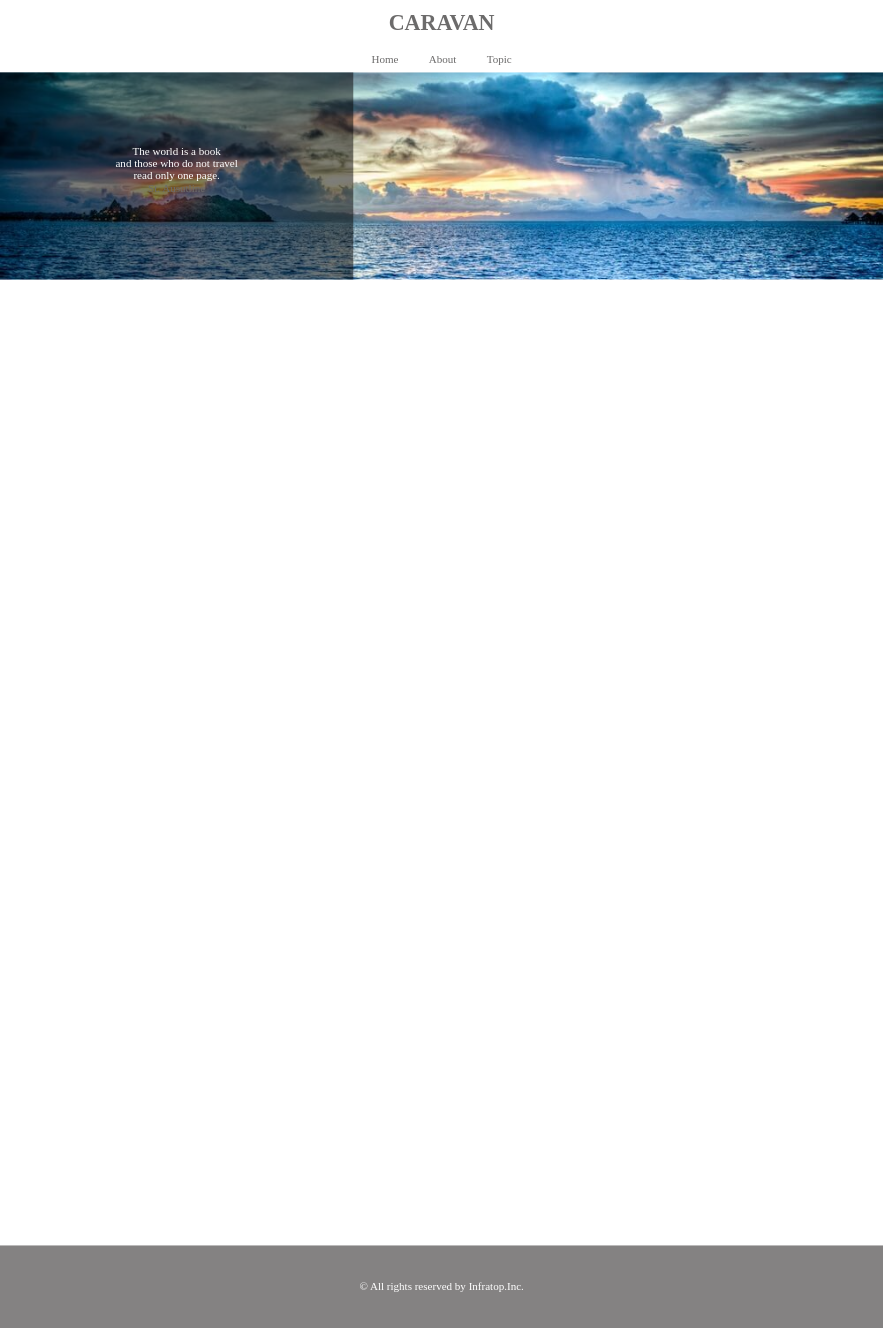
Repository: 44641/chapter9_exercise
Page: caravan/index.html
The author's editor kept a record of every edit. The page is drawn from the files as they stood at one moment, then again after the next edit.
The browser window is 1280 px wide. The pictures show the whole page, at 69% of full size.

Above is the page before.

After the next edit:
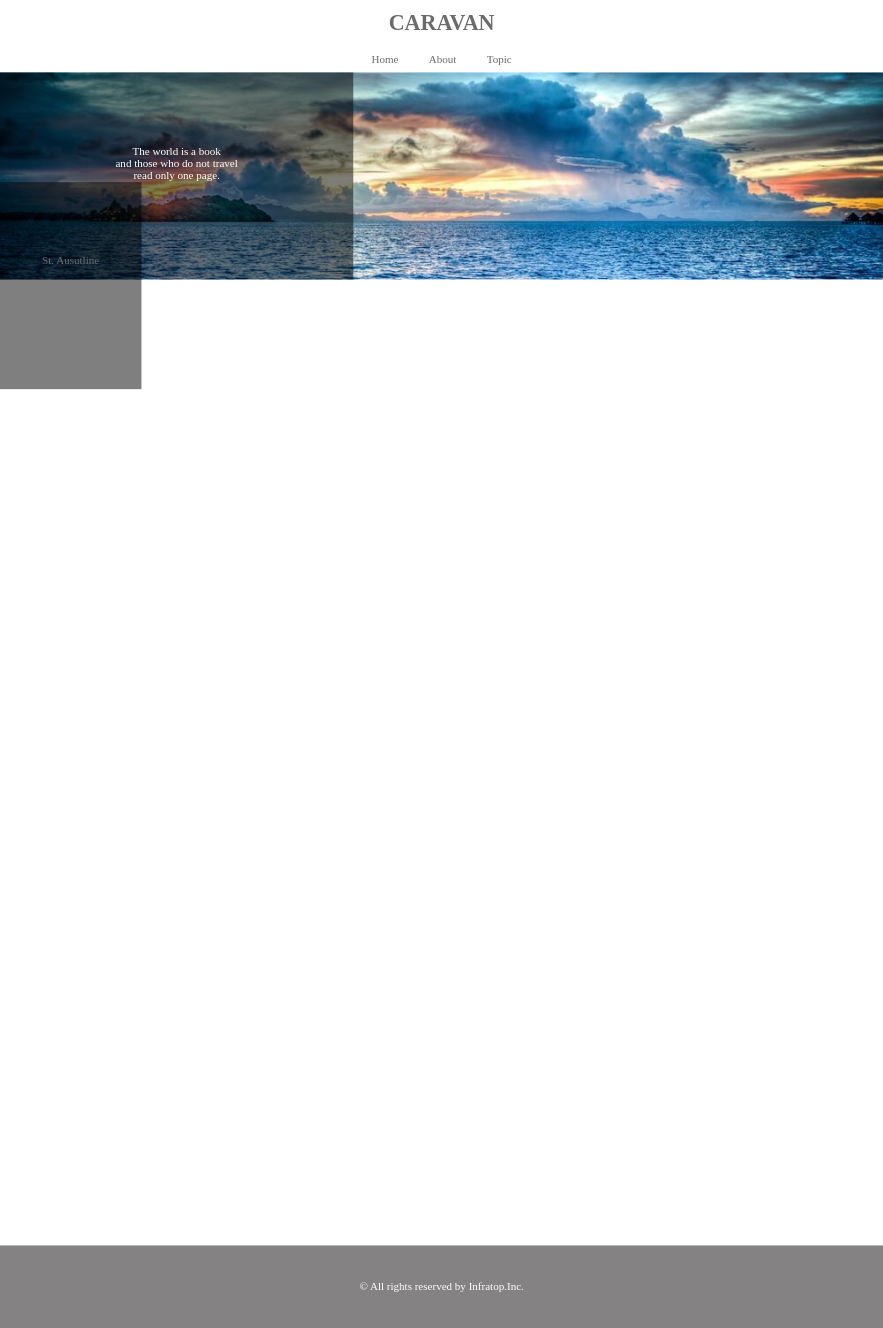
The edit:
--- a/caravan/style.css
+++ b/caravan/style.css
@@ -54,7 +54,7 @@
   color:  #fff;
 }
 
-.main-visual-content {
+.main-visual-name {
   width: 40%;
   height: 300px;
   background-color: rgba(0, 0, 0, 0.5);

After the edit that followed:
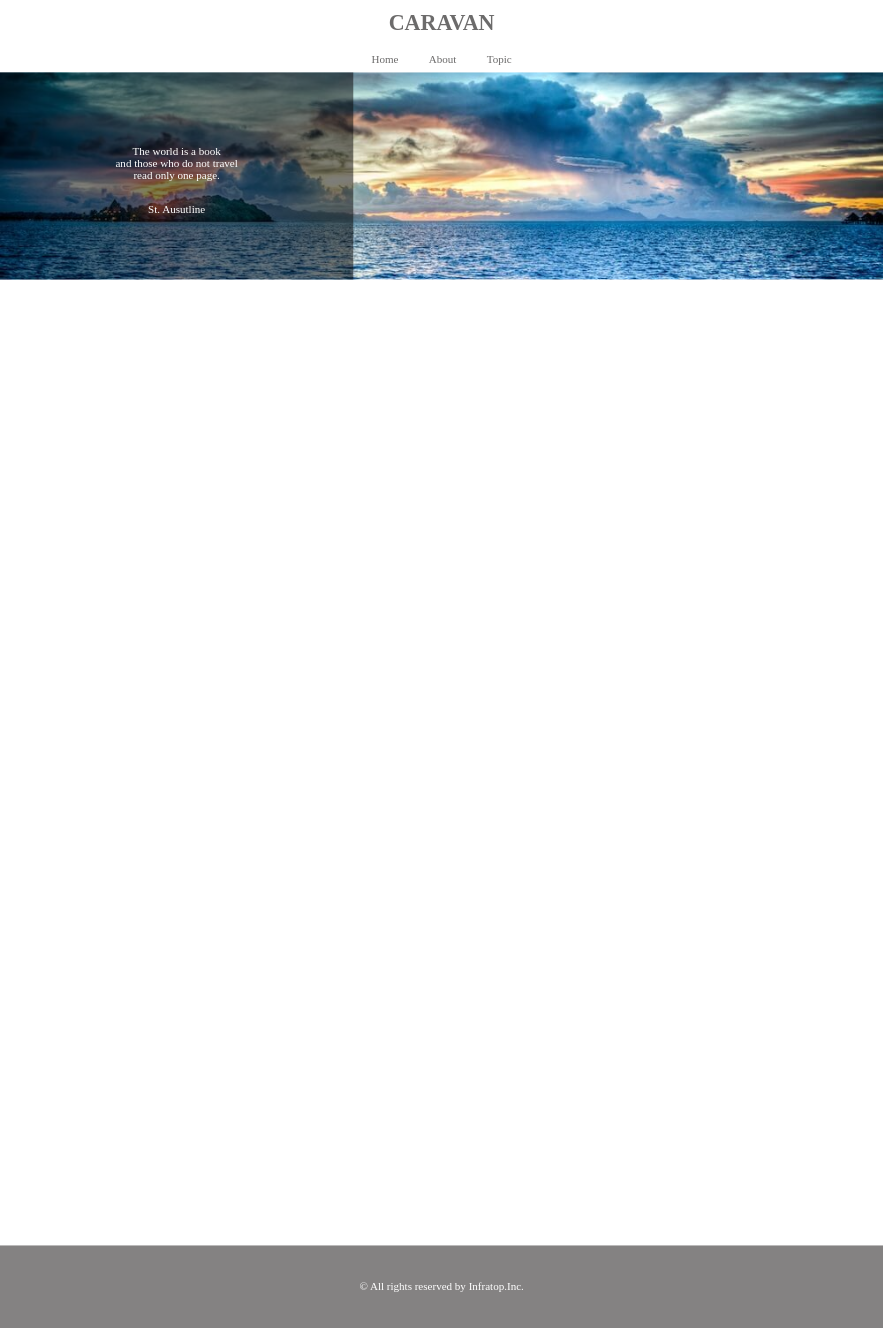
The edit:
--- a/caravan/style.css
+++ b/caravan/style.css
@@ -55,11 +55,8 @@
 }
 
 .main-visual-name {
-  width: 40%;
-  height: 300px;
-  background-color: rgba(0, 0, 0, 0.5);
-  text-align: center;
-  padding-top: 105px;
+  margin-top: 30px;
+  color: #fff;
 }
 
 .main{
